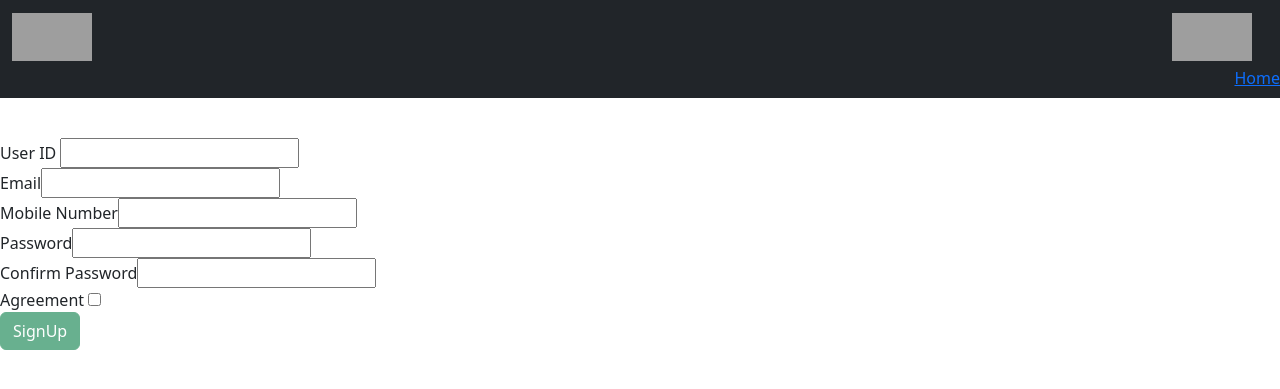
Repository: Rudreshwarhiremath/Projects-cm
Page: http://localhost/xworkz-rudra-cm/signUp.jsp
These files come from the project's save history. The page is drawn as it stood at one moment and after the next save; the edit follows.
The browser window is 1280 px wide. The pictures show the whole page.
Pictures or frames that could not be fetched are drawn as grey boxes. The page is served by Tomcat 9. Other server files are loaded and not shown.

Above is the page before, as saved 2023-03-28 17:50:34.

### xworkz-rudra-cm/src/main/webapp/signUp.jsp
<%@ page language="java" contentType="text/html; charset=ISO-8859-1"
	pageEncoding="ISO-8859-1"%>
<%@ taglib uri="http://java.sun.com/jsp/jstl/core" prefix="c"%>
<!DOCTYPE html>
<html>
<head>
<meta charset="ISO-8859-1">
<title>X-Workz</title>
<link
	href="https://cdn.jsdelivr.net/npm/bootstrap@5.3.0-alpha1/dist/css/bootstrap.min.css"
	rel="stylesheet"
	integrity="sha384-GLhlTQ8iRABdZLl6O3oVMWSktQOp6b7In1Zl3/Jr59b6EGGoI1aFkw7cmDA6j6gD"
	crossorigin="anonymous">
<script
	src="https://cdn.jsdelivr.net/npm/bootstrap@5.3.0-alpha1/dist/js/bootstrap.bundle.min.js"
	integrity="sha384-w76AqPfDkMBDXo30jS1Sgez6pr3x5MlQ1ZAGC+nuZB+EYdgRZgiwxhTBTkF7CXvN"
	crossorigin="anonymous"></script>
</head>
<body>
	<nav class="navbar navbar-expand-lg-navbar-Light bg-dark">
		<div class="container-fluid">
			<a class="navbar-brand" href="#"> <img
				src=" https://x-workz.in/static/media/Logo.cf195593dc1b3f921369.png"
				alt="" width="80" height="48" class="d-inline-block align text-top">
				<a class="navbar-brand" href="#"> <img
				src=" https://x-workz.in/static/media/Logo.cf195593dc1b3f921369.png"
				alt="" width="80" height="48" class="d-inline-block align text-top">
		</div>
		<a href="index.jsp">Home</a>
	</nav>
	<h1 style="color: green;">${message}</h1>
	<h5 style="color: red;">${messag}<br>
	<c:forEach items="${errors}" var="e">${e.message}</c:forEach>
	</h5>
	<form action="save" method="post">
User ID	<input type="text" name="userId" id="userName"  onchange="ValideName()">
<span id="nameError" style="color: red"></span><br>


Email<input type="email" name="email" id="emailId" onchange="valideEmail()">
<span id="emailError" style="color: red"></span><br>


Mobile Number<input type="number" name="mobile" id="userMobile" onchange="ValideMobile()">
<span id="mobileError" style="color: red"></span> <br>


Password<input type="password" name="password" id="userPassword" onchange="ValidePassword()">
<span id="passwordError" style="color: red"></span> <br>

Confirm Password<input type="password" name="confirmPassword" id="userPassword" onchange="ValidePassword()">
<span id="passwordError" style="color: red"></span> <br>

Agreement <input type="checkbox" name="agreement" id="agreementConform" onclick="onconform()"> <br>
<button type="submit" class="btn btn-success" id="submitId"  disabled="true">SignUp</button>
</form>

<script>
function onconform() {
var agree=document.getElementById('agreementConform');
console.log(agree.checked);
if(agree.checked){
	document.getElementById('submitId').disabled=false;
}else{
	document.getElementById('submitId').disabled='disabled';
}

}
function ValideName() {
var	user=document.getElementById('userName');
var uservalue=user.value;
console.log(uservalue);
if(uservalue!=null && uservalue!="" && uservalue.length>3 && uservalue.length<30 )
{
	console.log('valide name');
	document.getElementById('nameError').innerHTML='';
}
else
{
	console.log('invalide name');
	document.getElementById('nameError').innerHTML='Plese enter valide name min 4 and max 30 character';
}

}
function valideEmail() {
	var	userEmail=document.getElementById('emailId');
	var userEmailvalue=userEmail.value;
	console.log(userEmailvalue);
	if(userEmailvalue!=null && userEmailvalue!="" && userEmailvalue.length>4 && userEmailvalue.length<40 )
	{
		console.log('valide email');
		document.getElementById('emailError').innerHTML='';
	}
	else
	{
		console.log('invalide email');
		document.getElementById('emailError').innerHTML='Plese enter valide email';
	}

}
function ValideMobile() {
	var	userMobile=document.getElementById('userMobile');
	var userMobilevalue=userMobile.value;
	console.log(userMobilevalue);
	if(userMobilevalue!=null && userMobilevalue!="" && userMobilevalue.length==10)
	{
		console.log('valide mobile');
		document.getElementById('mobileError').innerHTML='';
	}
	else
	{
		console.log('invalide mobile');
		document.getElementById('mobileError').innerHTML='Plese enter valide Mobile Number';
	}

}
function ValidePassword() {
	var	userPassword=document.getElementById('userPassword');
	var userPasswordvalue=userPassword.value;
	console.log(userPasswordvalue);
	if(userPasswordvalue!=null && userPasswordvalue!="" && userPasswordvalue.length>4 && userPasswordvalue.length<12)
	{
		console.log('valide password');
		document.getElementById('passwordError').innerHTML='';
	}
	else
	{
		console.log('invalide password');
		document.getElementById('passwordError').innerHTML='Plese enter valide password';
	}

}



</script>
</body>
</html>

After the next save:
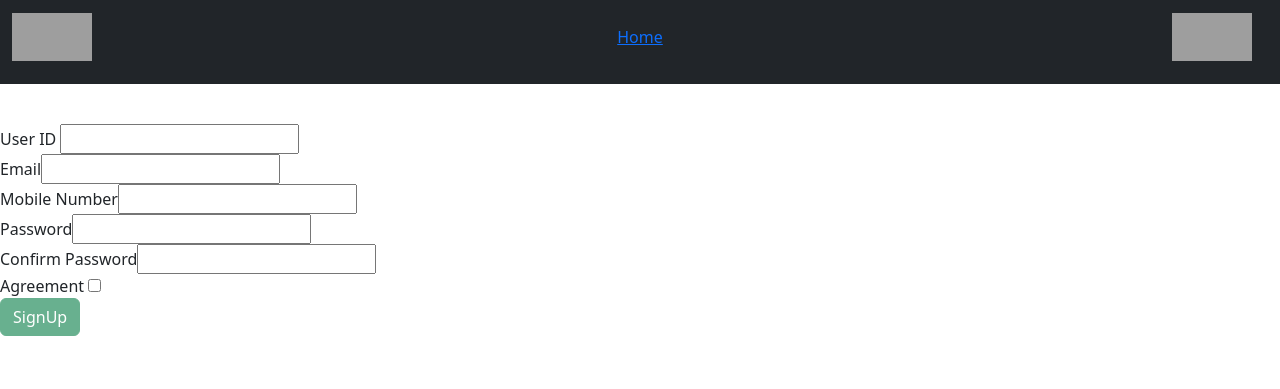
Saved 65 s later.
--- a/xworkz-rudra-cm/src/main/webapp/signUp.jsp
+++ b/xworkz-rudra-cm/src/main/webapp/signUp.jsp
@@ -22,11 +22,12 @@
 			<a class="navbar-brand" href="#"> <img
 				src=" https://x-workz.in/static/media/Logo.cf195593dc1b3f921369.png"
 				alt="" width="80" height="48" class="d-inline-block align text-top">
+				<a href="index.jsp">Home</a>
 				<a class="navbar-brand" href="#"> <img
 				src=" https://x-workz.in/static/media/Logo.cf195593dc1b3f921369.png"
 				alt="" width="80" height="48" class="d-inline-block align text-top">
 		</div>
-		<a href="index.jsp">Home</a>
+
 	</nav>
 	<h1 style="color: green;">${message}</h1>
 	<h5 style="color: red;">${messag}<br>
